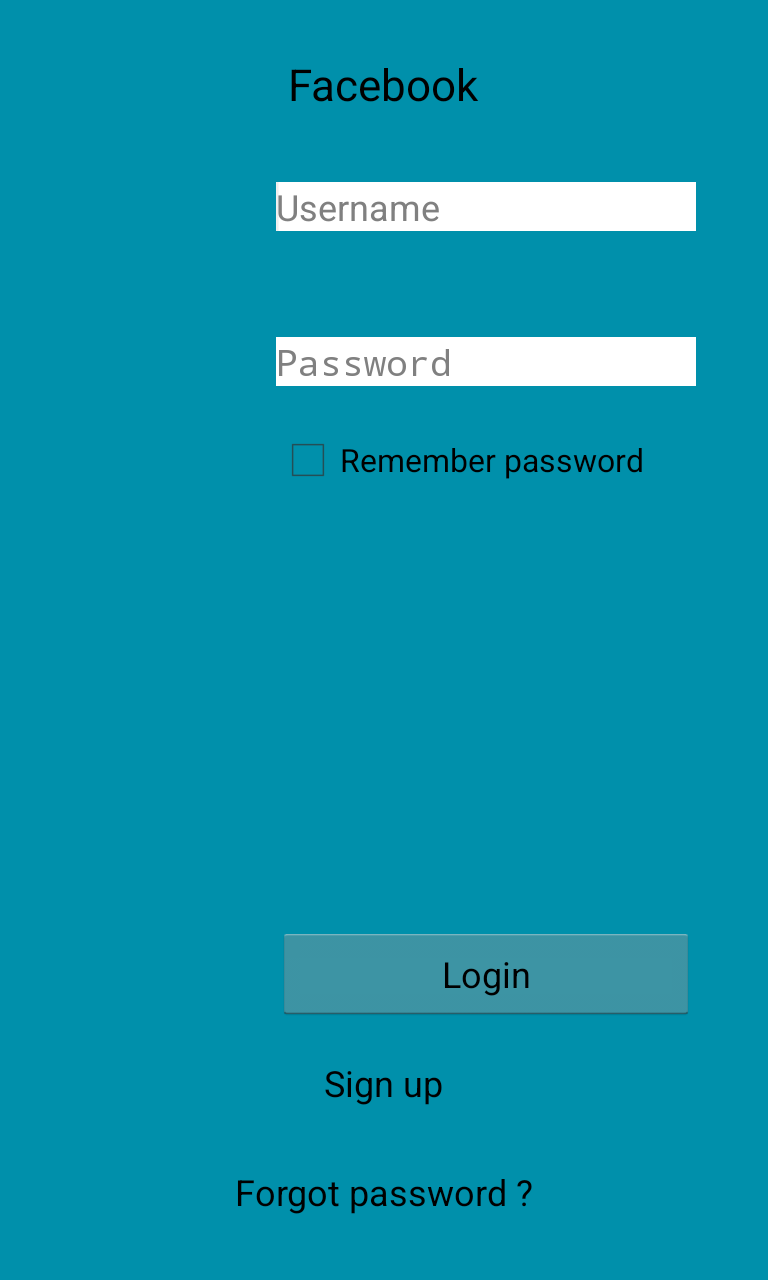
Repository: bharatpu/AndroidProject
Layout: Login/res/layout/manactivity.xml
These files come from the project's save history. The layout is drawn as it stood at one moment and after the next save; the edit follows.
It is drawn on a 768 x 1280 px phone screen (xhdpi) without system bars, with theme AppTheme; the app's code is not run.

Above is the layout before, as saved 2016-01-28 07:20:13.

After the next save:
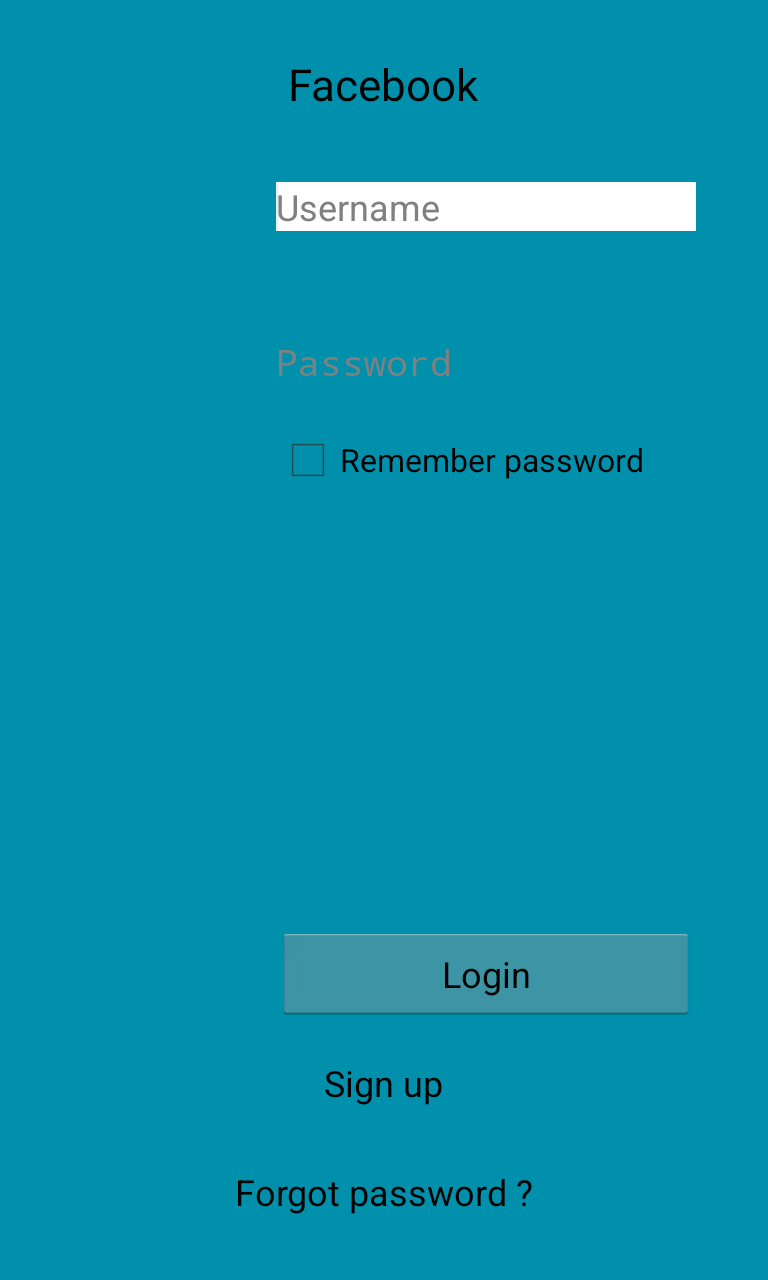
Saved 21 h 55 min later.
--- a/Login/res/layout/manactivity.xml
+++ b/Login/res/layout/manactivity.xml
@@ -31,7 +31,7 @@
         android:layout_below="@+id/editTextusername"
         android:layout_marginRight="36dp"
         android:layout_marginTop="53dp"
-        android:background="#ffffff"
+        android:background="red"
         android:ems="10"
         android:hint="Password"
         android:inputType="textPassword" />
